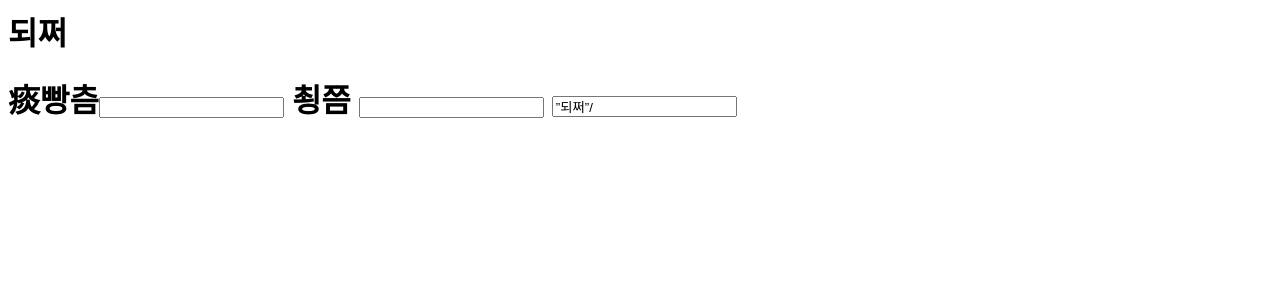
Repository: qq847261175/JavaWeb
Page: Servlet_0011_LoginServlet/WebRoot/default.html
These files come from the project's save history. The page is drawn as it stood at one moment and after the next save; the edit follows.
The browser window is 1280 px wide. The pictures show the whole page.

Above is the page before, as saved 2016-10-27 17:09:42.

After the next save:
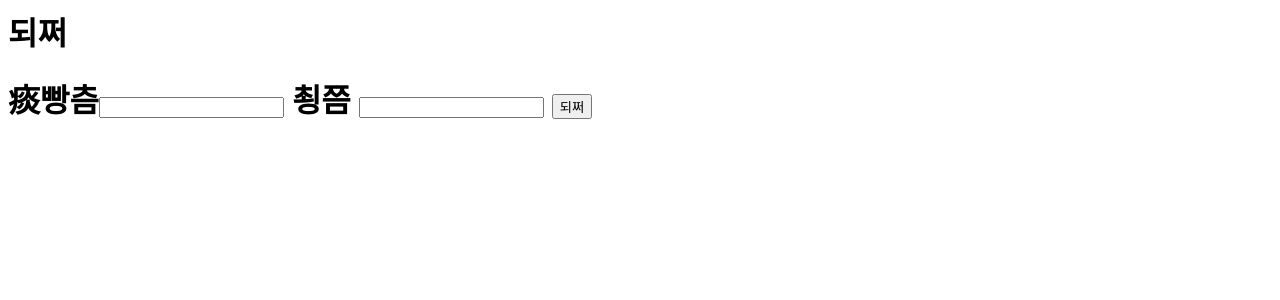
Saved 50 s later.
--- a/Servlet_0011_LoginServlet/WebRoot/default.html
+++ b/Servlet_0011_LoginServlet/WebRoot/default.html
@@ -3,10 +3,10 @@
 <head/>
 <body>
 <h1>되쩌<h1/>
-<form action=”loginServlet”  method=”post”>
-痰빵츰<input type=”text” name=”userName”/>
-쵱쯤   <input type=”password” name=”Password”/>
-<input type=”submit” value=”되쩌”/>
+<form action="loginServlet"  method="post">
+痰빵츰<input type="text" name="userName"/>
+쵱쯤   <input type=”password” name="password"/>
+<input type="submit" value="되쩌"/>
 <form/>
 <body/>
 <html/>
